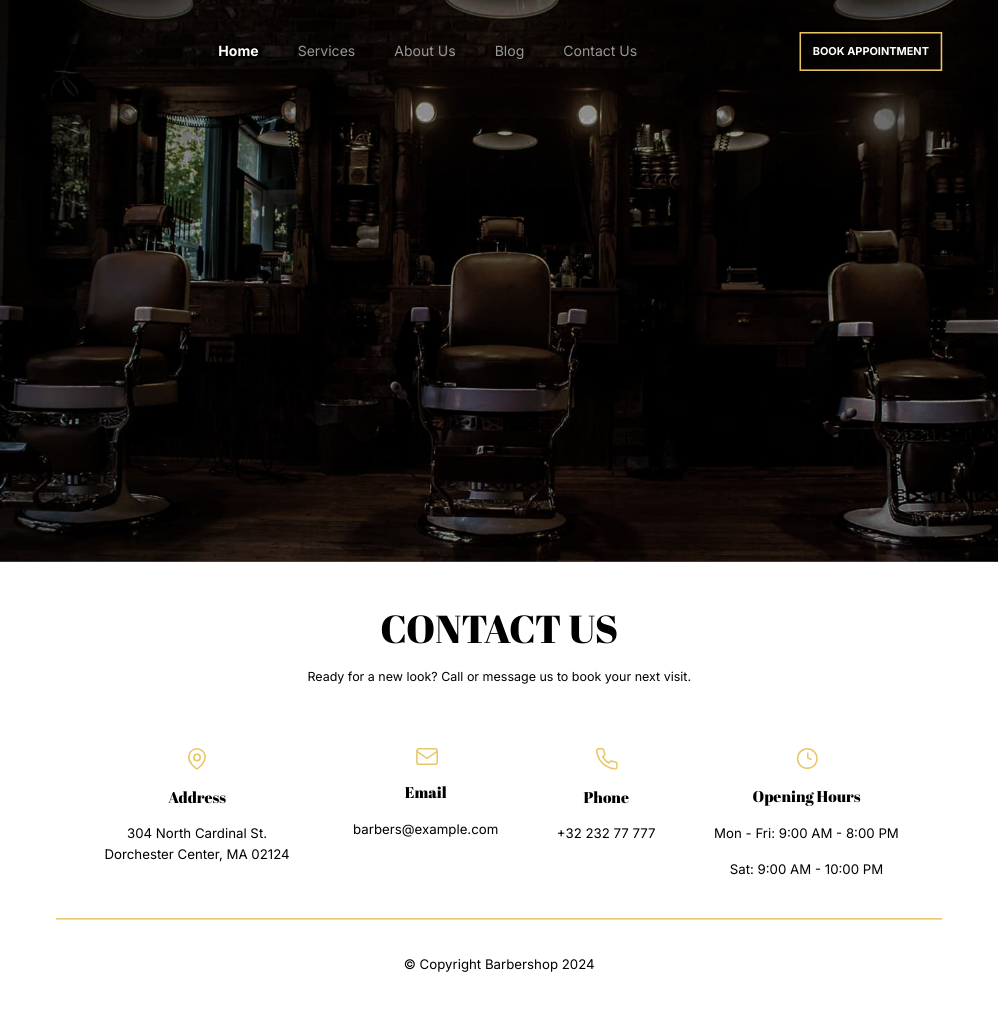
Repository: BogdanLazebnika/barbershop
Page: http://localhost/
These files come from the project's save history. The page is drawn as it stood at one moment and after the next save; the edit follows.
The browser window is 1280 px wide. The pictures show the whole page, at 78% of full size.
The page is run by PHP 8.4 with error messages shown; the project is at /var/www/html/.

Above is the page before, as saved 2025-07-16 19:00:52.

### index.php
<!DOCTYPE html>
<html lang="en">
<head>
    <meta charset="UTF-8">
    <meta name="viewport" content="width=device-width, initial-scale=1.0">
    <title>Homepage Barbershop</title>

    <link rel="stylesheet" href="assets/css/reset.css">
    <link rel="stylesheet" href="assets/css/style.css">
    <link rel="stylesheet" href="assets/css/index.css">
</head>
<body>

    <!-- Header -->
    <?php include 'components/header.php'; ?>

    <main>
        <!-- фонове зображення головної сторінки -->
         <div class="background-image-homepage">
            <img src="assets/images/backgrounds/hero.jpg" alt="Background Image">
         </div>
    </main>

    <?php include 'components/footer.php'; ?>

</body>
</html>

### components/header.php
<?php
$current = basename($_SERVER['PHP_SELF']);
?>
<header class="header">
    <div class="center-header-container">
        <!-- Link to Header CSS -->
        <link rel="stylesheet" href="assets/css/header.css">
        <link rel="preconnect" href="https://fonts.googleapis.com">
        <link rel="preconnect" href="https://fonts.gstatic.com" crossorigin>
        <link href="https://fonts.googleapis.com/css2?family=Inter:ital,opsz,wght@0,14..32,100..900;1,14..32,100..900&display=swap" rel="stylesheet">

        <script src="assets/js/header.js" defer></script>


        <div class="header-left">
            <button class="burger" id="burger">
                <span></span>
                <span></span>
                <span></span>
            </button>
        </div>

        <nav class="nav">
            <ul class="nav-list">
                <li class="nav-item">
                    <?php if ($current == 'index.php'): ?>
                        <span class="active">Home</span>
                    <?php else: ?>
                        <a href="index.php">Home</a>
                    <?php endif; ?>
                </li>

                <li class="nav-item">
                    <?php if ($current == 'services.php'): ?>
                        <span class="active">Services</span>
                    <?php else: ?>
                        <a href="services.php">Services</a>
                    <?php endif; ?>
                </li>

                <li class="nav-item">
                    <?php if ($current == 'about.php'): ?>
                        <span class="active">About Us</span>
                    <?php else: ?>
                        <a href="about.php">About Us</a>
                    <?php endif; ?>
                </li>

                <li class="nav-item">
                    <?php if ($current == 'blog.php'): ?>
                        <span class="active">Blog</span>
                    <?php else: ?>
                        <a href="blog.php">Blog</a>
                    <?php endif; ?>
                </li>

                <li class="nav-item">
                    <?php if ($current == 'contact.php'): ?>
                        <span class="active">Contact Us</span>
                    <?php else: ?>
                        <a href="contact.php">Contact Us</a>
                    <?php endif; ?>
                </li>
            </ul>
        </nav>
        <a class="button-book-appointment" href="#">BOOK APPOINTMENT</a>
    </div>



</header>

### components/footer.php
<footer>
    <!-- Link to Footer CSS -->
    <link rel="stylesheet" href="assets/css/footer.css">

    <link rel="preconnect" href="https://fonts.googleapis.com">
    <link rel="preconnect" href="https://fonts.gstatic.com" crossorigin>
    <link href="https://fonts.googleapis.com/css2?family=Abril+Fatface&family=Inter:ital,opsz,wght@0,14..32,100..900;1,14..32,100..900&display=swap" rel="stylesheet">

    <link rel="preconnect" href="https://fonts.googleapis.com">
    <link rel="preconnect" href="https://fonts.gstatic.com" crossorigin>
    <link href="https://fonts.googleapis.com/css2?family=Inter:ital,opsz,wght@0,14..32,100..900;1,14..32,100..900&display=swap" rel="stylesheet">


    <h2>CONTACT US</h2>
    <p class="footer-text">Ready for a new look? Call or message us to book your next visit.</p>

    <ul class="footer-contacts">
        <li>
            <ul class="contact-item">
                <li class="contact-icon">
                    <img src="assets/images/icons/icon_location.svg" alt="location">
                </li>
                <li class="contact-label">Address</li>
                <li class="contact-text">
                    304 North Cardinal St. Dorchester Center, MA 02124
                </li>
            </ul>
        </li>

        <li>
            <ul class="contact-item">
                <li class="contact-icon">
                    <img src="assets/images/icons/icon_envelope.svg" alt="email">
                </li>
                <li class="contact-label">Email</li>
                <li class="contact-text"><a href="mailto:barbers@example.com">barbers@example.com</a></li>
            </ul>
        </li>

        <li>
            <ul class="contact-item">
                <li class="contact-icon">
                    <img src="assets/images/icons/icon_phone.svg" alt="phone">
                </li>
                <li class="contact-label">Phone</li>
                <li class="contact-text"><a href="tel:+1234567890">+32 232 77 777</a></li>
            </ul>
        </li>

        <li>
            <ul class="contact-item">
                <li class="contact-icon">
                    <img src="assets/images/icons/icon_clock.svg" alt="opening hours">
                </li>
                <li class="contact-label">Opening Hours</li>
                <li class="contact-text">Mon - Fri: 9:00 AM - 8:00 PM</li>
                <li class="contact-text">Sat: 9:00 AM - 10:00 PM</li>
            </ul>
        </li>
    </ul>

    <!-- додаємо лінію -->
    <hr>

    <p class="copyright">© Copyright Barbershop 2024</p>
</footer>

### assets/css/style.css
body{
    max-width: 1440px;

    margin-left: auto;
    margin-right: auto;
    background-color: black;
}

main{
    /* відступ для фіксованої шапки */
    min-height: calc(100vh - 95px);
}

### assets/css/index.css
.background-image-homepage{
    position: relative;
    width: 100%;
    height: 100vh;
    overflow: hidden;

}

.background-image-homepage img {
    width: 100%;

}

### assets/css/header.css
header {
  position: fixed;
  top: 0;
  left: 0;
  width: 100%;
  height: 92px;
  color: #ffffff;
  display: flex;
  align-items: center;
  justify-content: center;
  z-index: 1000;

  /* Усі переходи в одному місці */
  transition:
    transform 0.3s ease,
    background-color 0.3s ease,
    box-shadow 0.3s ease;

  transform: translateY(0);
}

header.hidden {
  transform: translateY(-100%);
}

header.scrolled {
  background-color: rgba(0, 0, 0, 0.5);
  box-shadow: 0 4px 10px rgba(0, 0, 0, 0.2);
  backdrop-filter: blur(6px);
}


.center-header-container{
    position: relative;
    display: flex;
    justify-content: space-between;
    width: 100%;
    margin-top: 40px;
    height: 50px;
    max-width: 1440px;
}

/* БУРГЕР */
.header-left{
    display: flex;
    align-items: center;
    gap: 20px;
    margin-left: 72px;
}
.burger {
    width: 30px;
    height: 20px;
    display: flex;
    flex-direction: column;
    justify-content: space-between;
    background: none;
    border: none;
    cursor: pointer;
    padding: 0;
}
.burger span {
    width: 100%;
    height: 4px;
    background: #E9C664;
    border-radius: 4px;
    transition: 0.3s ease;
    transform-origin: center;
}
/* логіка вікривання */
.burger.open span:nth-child(1) {
  transform: rotate(45deg) translateY(11px);
}

.burger.open span:nth-child(2) {
  opacity: 0;
}

.burger.open span:nth-child(3) {
  transform: rotate(-45deg) translateY(-11px);
}





/* Навігація  для ПК*/
@media screen and (min-width: 1024px) {
    nav {
        display: flex;
        align-items: center;

    }
    nav ul {
        display: flex;
        list-style: none;
        padding: 0;
        gap: 50px;
    }

    nav ul li a {
        text-decoration: none;
        color: #979797;
        font-size: 18px;
        font-family: "inter", sans-serif;
        font-weight: 400;
    }
    nav ul li a.active{
        color: #ffffff;
        font-weight: bold;
    }
    nav ul li span {
        text-decoration: none;
        color: #979797;
        font-size: 18px;
        font-family: "inter", sans-serif;
        font-weight: 400;
        cursor: pointer; /* щоб не було посилання */
    }
    nav ul li span.active{
        color: #ffffff;
        font-weight: bold;
    }


    /* робимо риску при наведені на навігацію яка висувається*/

    nav ul li a {
        position: relative;
    }

    nav ul li a::after {
        content: "";
        position: absolute;
        left: 0;
        right: 0;
        bottom: -7px;
        height: 2px;
        background: #E9C664;
        transform: scaleX(0);
        transition: transform 0.3s ease;
    }


    nav ul li a:hover::after{
        transform: scaleX(1);
    }
    nav ul li a.active::after {
        transform: scaleX(0);
        transition: none;
    }
}

.button-book-appointment{
    text-decoration: none;

    display: flex;
    align-items: center;
    justify-content: center;

    font-family: "inter", sans-serif;
    font-size: 14px;
    font-weight: bold;
    color: #ffffff;

    padding: 15px 15px;
    border: #E9C664 solid 2px;

    margin-right: 72px;
}






/* css для мобілки */

@media screen and (min-width: 1023px) {
    .burger{
        display: none;
    }
}


@media screen and (max-width: 1023px) {
    .header{
        height: 72px;
    }
}
@media screen and (max-width: 1023px) {
    .center-header-container{
        margin-top: 20px;
    }
}
@media screen and (max-width: 1023px) {
    .header-left{
        margin-left: 20px;
    }
}



@media screen and (max-width: 1023px) {
    nav{
        position: absolute;
        top: 50px;
        left: -200px;
        transition: left 0.3s ease;

        background-color: #212121;

        width: 200px;
        min-height: 100vh;
        overflow-x: auto;
    }
    nav.open {
        left: 0;
        transition: left 0.3s ease;
    }
    .nav-item a{
        font-family: "inter", sans-serif;
        font-size: 18px;
        font-weight: 400;
        color: #ffffff;
        text-decoration: none;
    }
    .nav-item span{
        font-family: "inter", sans-serif;
        font-size: 18px;
        font-weight: 400;
        color: #ffffff;
        text-decoration: none;
    }

    .nav-item span.active{
        color: #E9C664;
        font-weight: bold;
        padding-bottom: 5px;
        border-bottom: #E9C664 solid 3px;
    }

    .nav-item a:hover{
        padding-bottom: 5px;
        border-bottom: #E9C664 solid 3px;
    }
    .header.open {
        background-color: #212121;
    }

    .nav-list{
        display: flex;
        flex-direction: column;
        gap: 25px;
        padding: 20px 0 0 20px;
    }




}






@media screen and (max-width: 1023px) {
    .button-book-appointment{
        margin-right: 20px;
    }
}

### assets/css/footer.css
footer {
    background-color: #ffffff;
    padding: 60px 72px;
    text-align: center;
}

footer h2 {
    color: #000000;
    font-family: "Abril Fatface", serif;
    font-size: 50px;
    font-weight: 400;

    margin-bottom: 25px;
}
footer .footer-text{
    color: #000000;
    font-family: "inter", sans-serif;
    font-size: 16px;
    font-weight: 400;
    line-height: 1.5;


    margin-bottom: 80px;
}


.footer-contacts{
    display: flex;
    flex-wrap: wrap;
    gap: 75px;
    justify-content: center;

    margin-bottom: 50px;
}
.contact-item{
    display: flex;
    flex-direction: column;
    align-items: center;
    gap: 20px;
    max-width: 250px;
}

.contact-icon{
    width: 26px;
}

.contact-label{
    color: #000000;
    font-family: "abril fatface", serif;
    font-size: 20px;
    font-weight: 400;
    line-height: 1.5;
}
.contact-text{
    font-family: "inter", sans-serif;
    font-size: 17px;
    font-weight: 400;
    line-height: 1.5;
    color: #000000;
}
.contact-text a{
    color: #000000;
    text-decoration: none;
}
hr {
    border: 0;
    border-top: 2px solid #E9C664;
    margin-bottom: 45px;
}

.copyright{
    color: #000000;
    font-family: "inter", sans-serif;
    font-size: 17px;
    font-weight: 400;
    line-height: 1.5;
    text-align: center;
}





/* css для мобілки */
@media screen and (max-width: 1023px) {
    footer {
        padding: 30px 20px;
    }
    footer h2 {
        font-size: 30px;
    }
    .footer-contacts {
        flex-direction: column;
        align-items: center;
    }
    .contact-item {
        max-width: 100%;
    }
}

### assets/images/icons/footer/icon_location.svg
<svg width="23" height="28" viewBox="0 0 23 28" fill="none" xmlns="http://www.w3.org/2000/svg">
<path d="M22 11.636C22 19.909 11.5 27 11.5 27C11.5 27 0.99997 19.909 0.99997 11.636C0.982143 8.83325 2.07833 6.1382 4.04741 4.14361C6.0165 2.14901 8.69723 1.01824 11.5 1C14.3027 1.01824 16.9834 2.14901 18.9525 4.14361C20.9216 6.1382 22.0178 8.83325 22 11.636V11.636Z" stroke="#E9C664" stroke-width="2" stroke-linecap="round" stroke-linejoin="round"/>
<path d="M11.64 16.004C13.8492 16.004 15.64 14.2132 15.64 12.004C15.64 9.79489 13.8492 8.00403 11.64 8.00403C9.43088 8.00403 7.64001 9.79489 7.64001 12.004C7.64001 14.2132 9.43088 16.004 11.64 16.004Z" stroke="#E9C664" stroke-width="2" stroke-linecap="round" stroke-linejoin="round"/>
</svg>

### assets/images/icons/footer/icon_envelope.svg
<svg width="29" height="22" viewBox="0 0 29 22" fill="none" xmlns="http://www.w3.org/2000/svg">
<path d="M4.1 1.00034H24.9C25.5757 0.989335 26.2282 1.24602 26.7153 1.71439C27.2024 2.18275 27.4845 2.82477 27.5 3.50034V18.5003C27.4845 19.1759 27.2024 19.8179 26.7153 20.2863C26.2282 20.7547 25.5757 21.0113 24.9 21.0003H4.1C3.42434 21.0113 2.77176 20.7547 2.28466 20.2863C1.79756 19.8179 1.51549 19.1759 1.5 18.5003V3.50034C1.51549 2.82477 1.79756 2.18275 2.28466 1.71439C2.77176 1.24602 3.42434 0.989335 4.1 1.00034V1.00034Z" stroke="#E9C664" stroke-width="2" stroke-linecap="round" stroke-linejoin="round"/>
<path d="M27.5 4.38708L14.5 13.2701L1.5 4.38708" stroke="#E9C664" stroke-width="2" stroke-linecap="round" stroke-linejoin="round"/>
</svg>

### assets/images/icons/footer/icon_phone.svg
<svg width="28" height="28" viewBox="0 0 28 28" fill="none" xmlns="http://www.w3.org/2000/svg">
<path d="M26.9993 20.4661V24.3801C27.0004 24.7439 26.9255 25.1038 26.7794 25.437C26.6334 25.7701 26.4193 26.069 26.151 26.3146C25.8827 26.5602 25.5661 26.7471 25.2214 26.8633C24.8767 26.9794 24.5115 27.0223 24.1493 26.9891C20.1275 26.5535 16.2636 25.1819 12.8673 22.9841C9.70973 20.9822 7.03167 18.3096 5.0233 15.1561C2.81449 11.7536 1.43958 7.87797 1.0103 3.84414C0.977934 3.48295 1.02117 3.11897 1.13724 2.7754C1.25332 2.43184 1.43969 2.11622 1.68448 1.84867C1.92927 1.58111 2.22712 1.36748 2.55903 1.22138C2.89094 1.07529 3.24965 0.999945 3.6123 1.00014H7.5343C8.16804 0.993552 8.78259 1.21752 9.26348 1.63035C9.74437 2.04317 10.0588 2.61671 10.1483 3.24414C10.3138 4.49678 10.6208 5.72663 11.0633 6.91014C11.2392 7.37716 11.2772 7.88485 11.173 8.37287C11.0688 8.86089 10.8266 9.30873 10.4753 9.66314L8.8153 11.3201C10.678 14.5878 13.3879 17.2922 16.6593 19.1481L18.3193 17.4911C18.6751 17.1403 19.1238 16.8986 19.6125 16.7946C20.1012 16.6906 20.6095 16.7286 21.0773 16.9041C22.2634 17.3457 23.4955 17.652 24.7503 17.8171C25.3849 17.9058 25.9648 18.2247 26.3795 18.7132C26.7942 19.2016 27.0148 19.8256 26.9993 20.4661Z" stroke="#E9C664" stroke-width="2" stroke-linecap="round" stroke-linejoin="round"/>
</svg>

### assets/images/icons/footer/icon_clock.svg
<svg width="28" height="27" viewBox="0 0 28 27" fill="none" xmlns="http://www.w3.org/2000/svg">
<path d="M14 26C20.9036 26 26.5 20.4036 26.5 13.5C26.5 6.59644 20.9036 1 14 1C7.09644 1 1.5 6.59644 1.5 13.5C1.5 20.4036 7.09644 26 14 26Z" stroke="#E9C664" stroke-width="2" stroke-linecap="round" stroke-linejoin="round"/>
<path d="M14.625 6.66699V12.667L18.625 14.667" stroke="#E9C664" stroke-width="2" stroke-linecap="round" stroke-linejoin="round"/>
</svg>

### assets/js/header.js
// логіка вікривання меню
document.addEventListener('DOMContentLoaded', function () {
  const burger = document.querySelector('.burger');
  const nav = document.querySelector('.nav');
  const header = document.querySelector('header');

  // Відкривання/закривання по кліку на бургер
  burger.addEventListener('click', function (e) {
    e.stopPropagation();
    burger.classList.toggle('open');
    nav.classList.toggle('open');
    header.classList.toggle('open');
  });

  // Закриття при кліку поза шапкою/меню
  document.addEventListener('click', function (e) {
    const isClickInside = header.contains(e.target);

    if (!isClickInside && nav.classList.contains('open')) {
      burger.classList.remove('open');
      nav.classList.remove('open');
      header.classList.remove('open'); // 🔧 додаємо!
    }
  });

  // Закриття при скролі, якщо меню відкрите
  window.addEventListener('scroll', function () {
    const navIsOpen = nav.classList.contains('open');

    if (navIsOpen) {
      burger.classList.remove('open');
      nav.classList.remove('open');
      header.classList.remove('open'); // 🔧 додаємо!
    }
  });
});

// стилізація шапки
let lastScroll = window.scrollY;
let header = document.querySelector('header');
let scrollUpDistance = 0;
let scrollDownDistance = 0;

window.addEventListener('scroll', () => {
  const currentScroll = window.scrollY;

  // Перевірка, чи меню відкрите
  const menuIsOpen = document.querySelector('.nav').classList.contains('open');
  if (menuIsOpen) {
    return; // Якщо меню відкрите — не ховаємо шапку
  }

  // ✅ Додаємо фон, якщо не на самому верху
  if (currentScroll > 0) {
    header.classList.add('scrolled');
  } else {
    header.classList.remove('scrolled');
  }

  // Скрол вниз
  if (currentScroll > lastScroll) {
    scrollUpDistance = 0;
    scrollDownDistance += currentScroll - lastScroll;

    if (scrollDownDistance > 250) {
      header.classList.add('hidden');
    }
  }

  // Скрол вгору
  else if (currentScroll < lastScroll) {
    scrollDownDistance = 0;
    scrollUpDistance += lastScroll - currentScroll;

    if (scrollUpDistance > 200) {
      header.classList.remove('hidden');
    }
  }

  lastScroll = currentScroll;
});

Loaded but not shown: assets/css/reset.css (common file)

After the next save:
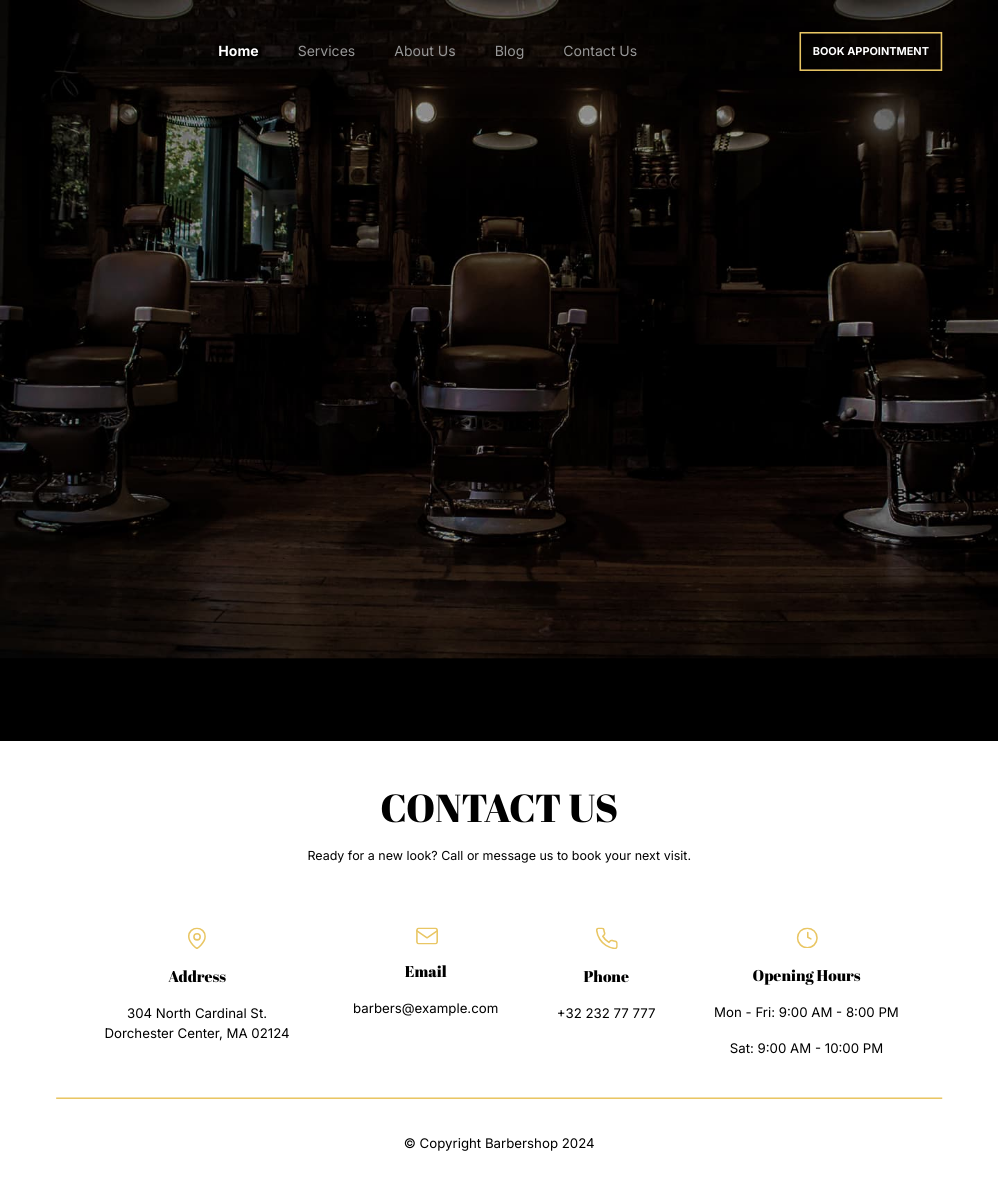
Saved 13 s later.
--- a/assets/css/index.css
+++ b/assets/css/index.css
@@ -1,7 +1,7 @@
 .background-image-homepage{
     position: relative;
     width: 100%;
-    height: 100vh;
+    height: 950px;
     overflow: hidden;
 
 }
